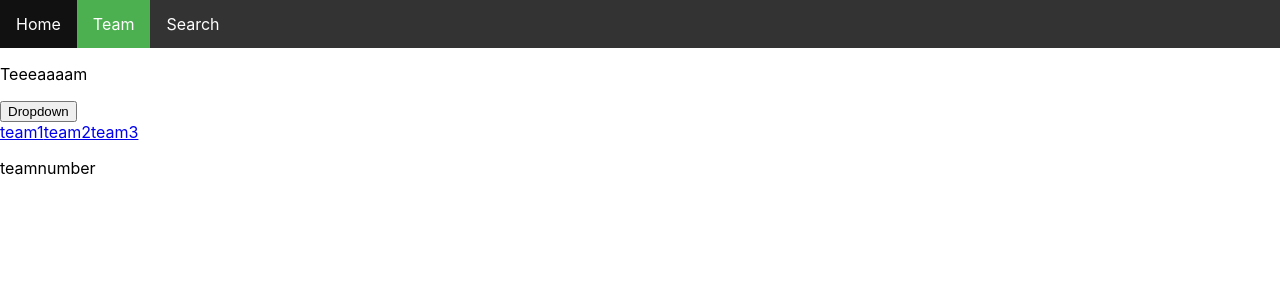
Repository: cph-ms782/SemesterProjekt_Frontend
Page: /#/team (app in 3SemFront/)
These files come from the project's save history. The page is drawn as it stood at one moment and after the next save; the edit follows.
The browser window is 1280 px wide. The pictures show the whole page.
The project was rebuilt for these pictures with package versions that can differ from the ones it lists, and the page was loaded fresh each time. Also part of the build but not shown: 3SemFront/src/components/Home.js, 3SemFront/src/components/UserInfo.js, 3SemFront/src/components/AllAboutTeam.js, 3SemFront/src/components/Search.js.

Above is the page before, as saved 2019-11-19 14:38:18.

### 3SemFront/src/index.css
body {
  margin: 0;
  font-family: -apple-system, BlinkMacSystemFont, "Segoe UI", "Roboto", "Oxygen",
    "Ubuntu", "Cantarell", "Fira Sans", "Droid Sans", "Helvetica Neue",
    sans-serif;
  -webkit-font-smoothing: antialiased;
  -moz-osx-font-smoothing: grayscale;
}

ul.header {
  list-style-type: none;
  margin: 0;
  padding: 0;
  overflow: hidden;
  background-color: #333;
}

ul.header li {
  float: left;
}

ul.header li a {
  display: block;
  color: white;
  text-align: center;
  padding: 14px 16px;
  text-decoration: none;
}

ul.header li a:hover:not(.active) {
  background-color: #111;
}

.active {
  background-color: #4caf50;
}

### 3SemFront/src/App.js
import React, { useState } from "react";
import {
  HashRouter as Router,
  Route,
  NavLink,
  Switch
} from "react-router-dom";
import facade from "./components/loginFacade";
import Home from "./components/Home";
import Team from "./components/Team";
import AllAboutTeam from "./components/AllAboutTeam";
import Search from "./components/Search";
import UserInfo from "./components/UserInfo";

function App() {
  console.log("App");
  const [teamName, setTeamName] = useState("");

  return (
    <div>
      <Router >
        <div>
          <Header />
          <Switch>
            <Route exact path="/"><Home /></Route>
            <Route path="/team"><Team /></Route>
            <Route path="/allaboutteam"><AllAboutTeam /></Route>
            <Route path="/search" ><Search teamName={{ teamName: [teamName, setTeamName] }} /></Route>
            <Route path="/userinfo"><UserInfo /></Route>
            <Route component={NoMatch} />
          </Switch>
        </div>
      </Router>
      <p>teamnumber </p>
      <p>{teamName}</p>
    </div>
  );
}

function Header() {
  console.log("Header");
  return (
    <div>
      <ul className="header">
        <li><NavLink exact activeClassName="active" to="/">Home</NavLink></li>
        <li><NavLink activeClassName="active" to="/team">Team</NavLink></li>
        <li><NavLink activeClassName="active" to="/search">Search</NavLink></li>
      </ul>
    </div>
  )
}

function NoMatch() {
  console.log("NoMatch");
  return (
    <div>
      Hello NoMatch
    </div>
  )
}

export default App;

### 3SemFront/src/components/loginFacade.js
import URL from "../settings";

function handleHttpErrors(res) {
  if (!res.ok) {
    return Promise.reject({ status: res.status, fullError: res.json() });
  }
  return res.json();
}

class LoginFacade {
  setToken = token => {
    localStorage.setItem("jwtToken", token);
  };
  getToken = () => {
    return localStorage.getItem("jwtToken");
  };
  loggedIn = () => {
    console.log("loggedIn func");
    const loggedIn = this.getToken() != null;
    return loggedIn;
  };
  logout = () => {
    localStorage.removeItem("jwtToken");
  };
  login = (user, pass) => {
    console.log("user, pass", user, pass)
    const options = this.makeOptions("POST", true, {
      username: user,
      password: pass
    });
    return fetch(URL + "/api/login", options)
      .then(handleHttpErrors)
      .then(res => {
        this.setToken(res.token);
      })
      .catch(err => { throw err });
  };

  getRole = () => {
    let jwt = localStorage.getItem("jwtToken");
    let jwtData = jwt.split(".")[1];
    let decodedJwtJsonData = window.atob(jwtData);
    let decodedJwtData = JSON.parse(decodedJwtJsonData);
    return decodedJwtData.roles;
  };

  makeOptions(method, addToken, body) {
    console.log("makeOptions");
    var opts = {
      method: method,
      headers: {
        "Content-type": "application/json",
        'Accept': "application/json"
      }
    };
    if (addToken && this.loggedIn()) {
      opts.headers["x-access-token"] = this.getToken();
    }
    if (body) {
      opts.body = JSON.stringify(body);
    }
    console.log("opts", opts);
    return opts;
  }

  fetchSW = () => {
    console.log("fetchSW");
    const options = this.makeOptions("GET", true); //True add's the token
    return fetch(URL + "/api/sw/datadto", options).then(handleHttpErrors);
  }

  fetchData = () => {
    console.log("fetchData");
    const options = this.makeOptions("GET", true); //True add's the token
    if (this.getRole() === "admin") {
      return fetch(URL + "/api/info/admin", options).then(handleHttpErrors);
    } else {
      return fetch(URL + "/api/info/user", options).then(handleHttpErrors);
    }
  };

}
const facade = new LoginFacade();
export default facade;

### 3SemFront/src/components/Team.js
import React from "react";

function Team() {
  const teams = ["team1", "team2", "team3"];
  console.log("Team");
  return (
    <div>
      <p>Teeeaaaam</p>
      <div class="dropdown">
        <button class="dropbtn" onclick="myFunction()">
          Dropdown
          <i class="fa fa-caret-down"></i>
        </button>
        <div class="dropdown-content" id="myDropdown">
          {teams.map(team => {
            return <a href="#">{team}</a>;
          })}
        </div>
      </div>
    </div>
  );
}

export default Team;

### 3SemFront/src/settings.js
const URL = "https://sandersolutions.dk/ca3_backend";
//const URL = "https://localhost:8080/ca3_backend";

export default URL;

Loaded but not shown: 3SemFront/public/index.html (common file); 3SemFront/src/index.js (common file)

After the next save:
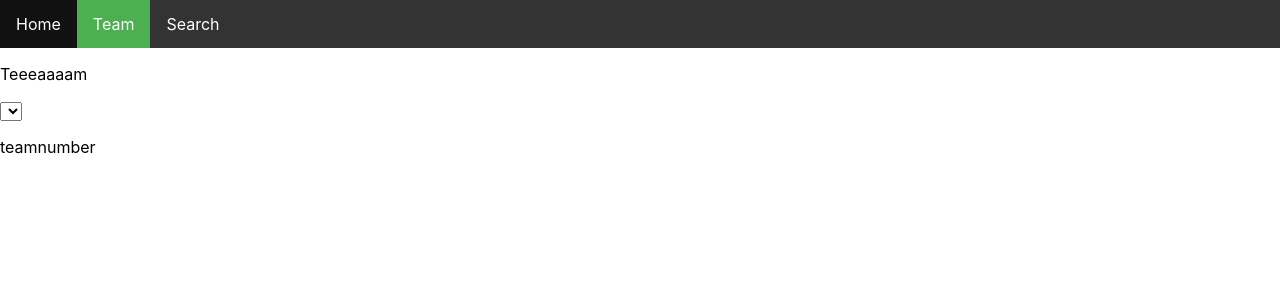
Saved 7 min 13 s later.
--- a/3SemFront/src/components/Team.js
+++ b/3SemFront/src/components/Team.js
@@ -6,17 +6,11 @@ function Team() {
   return (
     <div>
       <p>Teeeaaaam</p>
-      <div class="dropdown">
-        <button class="dropbtn" onclick="myFunction()">
-          Dropdown
-          <i class="fa fa-caret-down"></i>
-        </button>
-        <div class="dropdown-content" id="myDropdown">
-          {teams.map(team => {
-            return <a href="#">{team}</a>;
-          })}
-        </div>
-      </div>
+      <select>
+        {teams.map(team => {
+          return <a href="#">{team}</a>;
+        })}
+      </select>
     </div>
   );
 }
